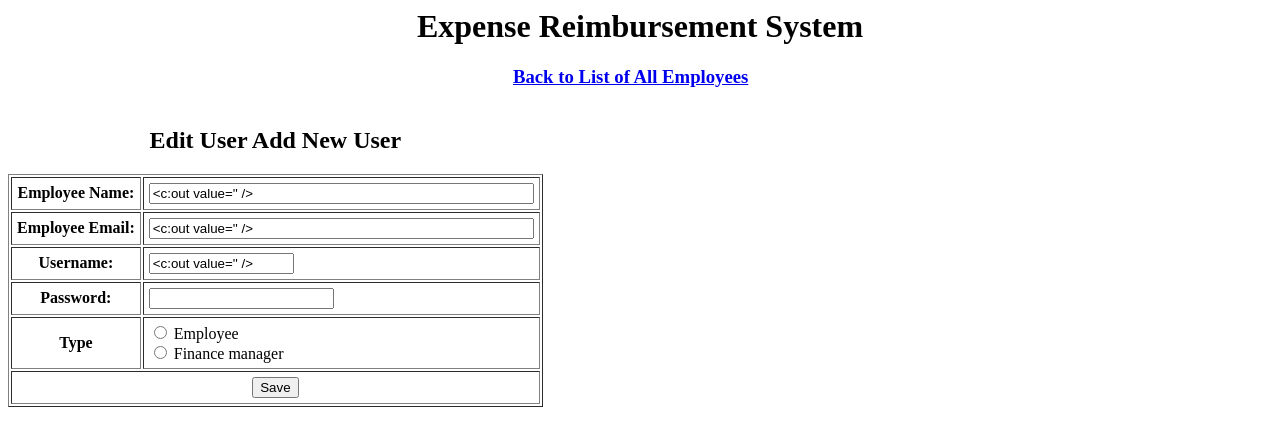
Repository: CCunningham0/project1
Page: http://localhost/reimbursement/employee-form.jsp
The author's editor kept a copy of each file at every save. The page is drawn from the files as they stood at one save, then again after the next save.
The browser window is 1280 px wide. The pictures show the whole page.
The page is served by Tomcat 10. The template is opened directly, without the code that normally fills it, so the values that code supplies are empty.

Above is the page before, as saved 2021-09-07 02:14:34.

After the next save:
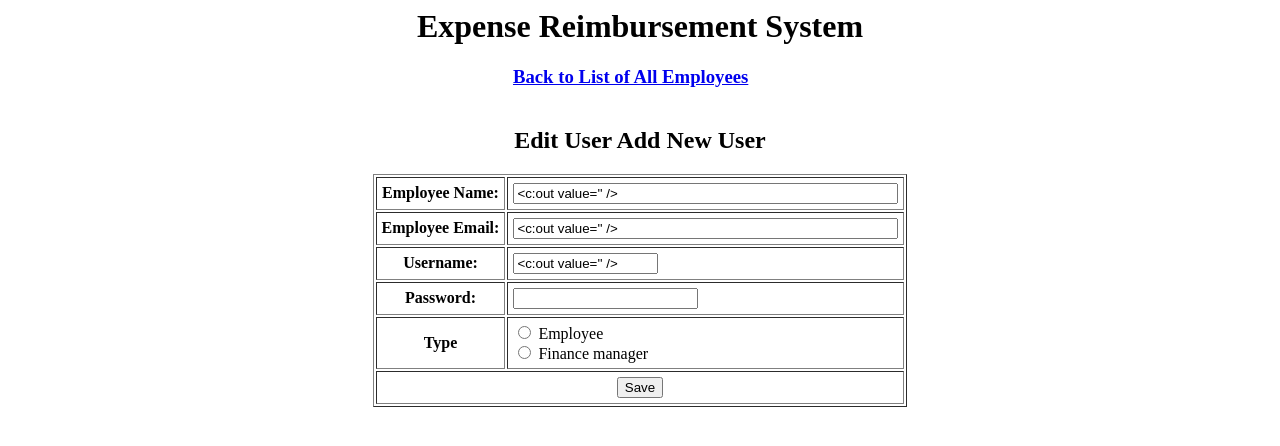
Saved 64 s later.
--- a/reimbursement/src/main/webapp/employee-form.jsp
+++ b/reimbursement/src/main/webapp/employee-form.jsp
@@ -28,6 +28,7 @@
         <c:if test="${employee == null}">
     </div>
  </center>
+  <center>
   <div>
    <form action="adde" method="post">
         </c:if>
